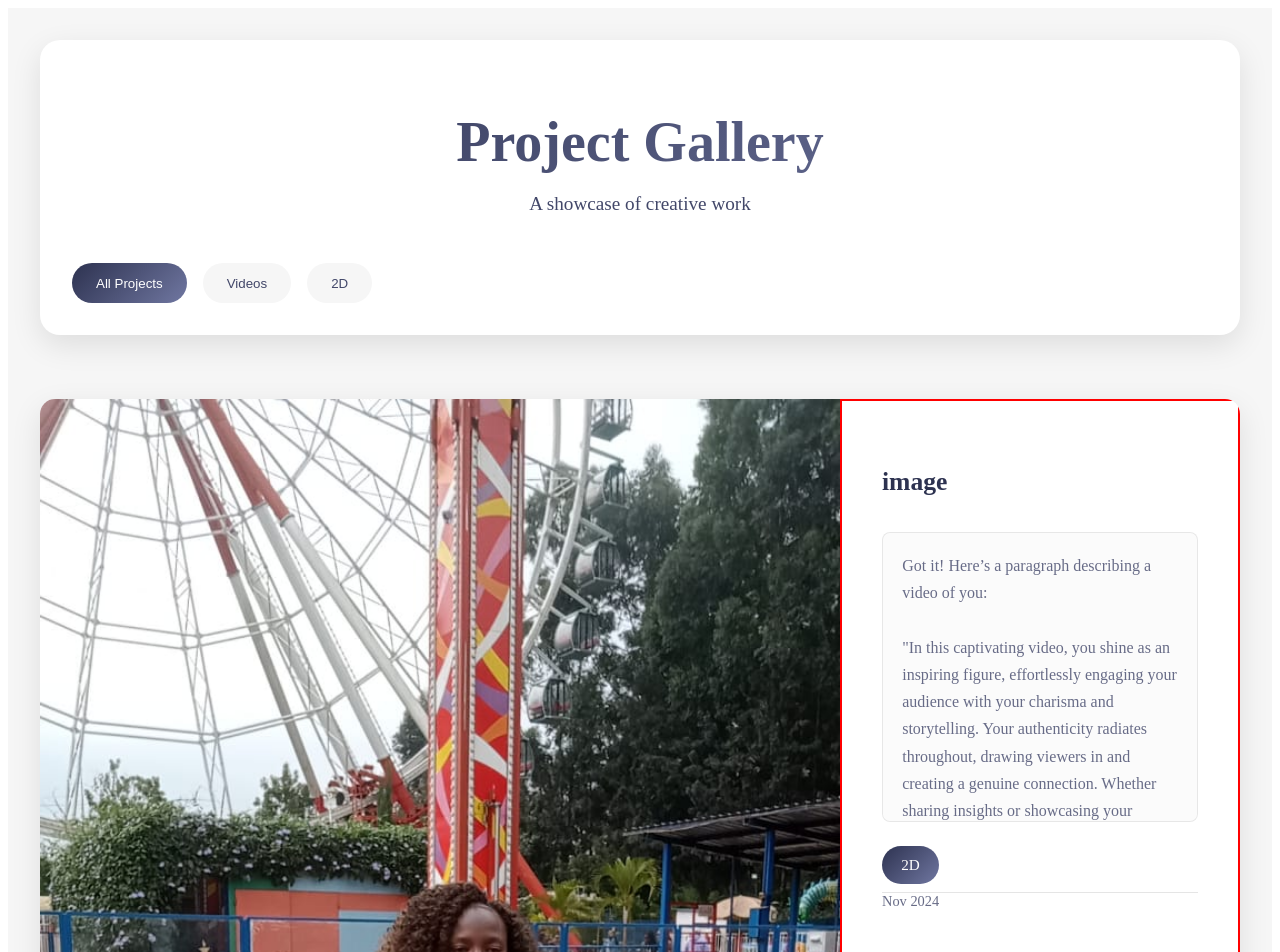
Repository: mrPractise/Susan-Portfolio
Page: http://localhost/projects/
The author's editor kept a copy of each file at every save. The page is drawn from the files as they stood at one save, then again after the next save.
The browser window is 1280 px wide. The pictures show the part of the page from y = 0 to 952 px (the page is 1603 px tall).
The page is served by the project's application, run on Django 5.2 (manage.py). The page reads the database file committed with the project.

Above is the page before, as saved 2024-11-01 13:51:14.
Console error: TypeError: this.setupViewToggle is not a function

After the next save:
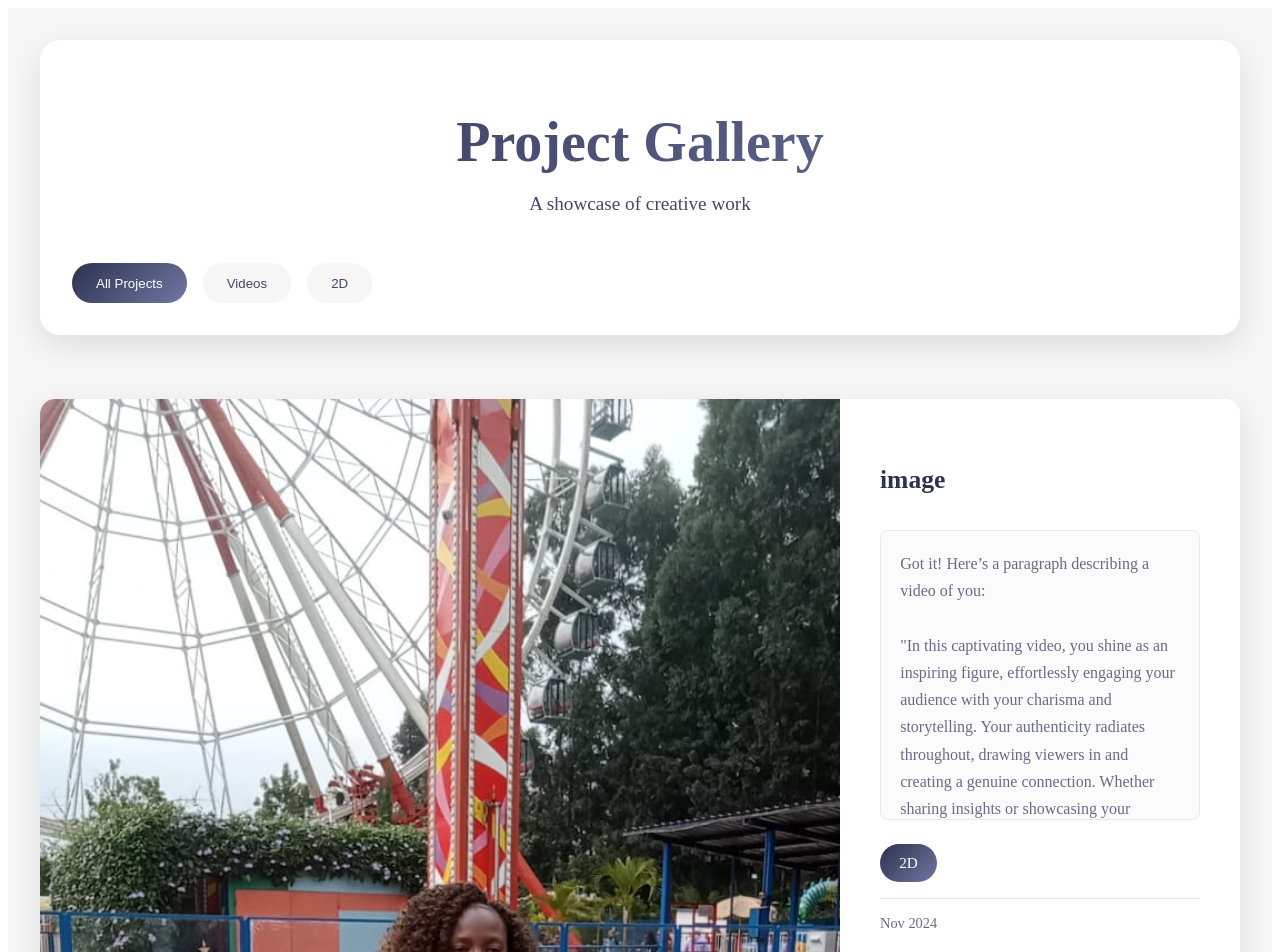
Saved 72 s later.
--- a/static/css/projects.css
+++ b/static/css/projects.css
@@ -154,11 +154,9 @@
     position: relative;
     background: white;
     padding: 1.5rem;
-    height: 100%; /* Fill the entire height */
+    height: inherit; /* Fill the entire height */
     display: flex;
     flex-direction: column;
-    border: 2px solid red;
-        height: inherit;
 }
 
 .item-content {
@@ -166,7 +164,7 @@
     width: 100%;
     display: flex;
     flex-direction: column;
-
+    height: 100%;
 }
 
 
@@ -192,7 +190,7 @@
 .item-content .description {
     flex: 1;
     overflow-y: auto;
-    margin-bottom: 1rem;
+    margin-bottom: 1.5rem;
     padding: 1rem;
     border: 1px solid rgba(0, 0, 0, 0.1);
     border-radius: 8px;
@@ -213,7 +211,7 @@
     border-radius: 2px;
 }
 .item-category {
-    margin-bottom: .5rem;
+    margin-bottom: 1rem;
 }
 
 .item-category span {
@@ -233,6 +231,7 @@
     display: flex;
     align-items: center;
     justify-content: space-between;
+    padding-top: 1rem;
     border-top: 1px solid rgba(0, 0, 0, 0.1);
 }
 
